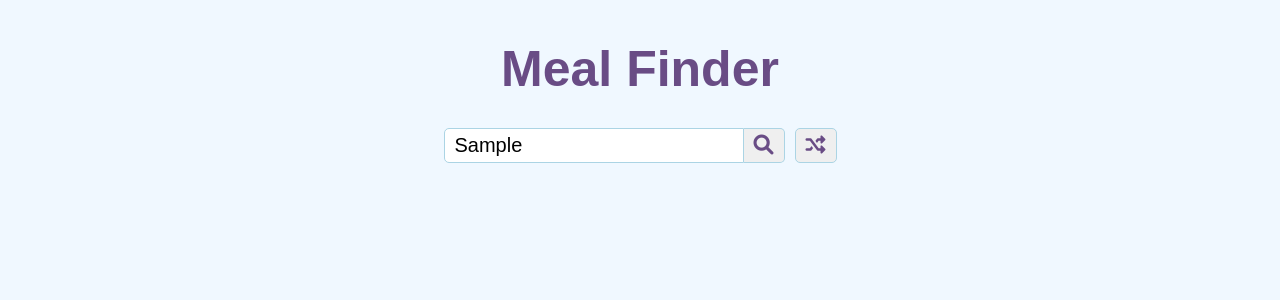
Repository: AbrorjonKuchkarov/search-meal
Page: index.html
These files come from the project's save history. The page is drawn as it stood at one moment and after the next save; the edit follows.
The browser window is 1280 px wide. The pictures show the whole page.
Empty fields were first filled with sample values (such as "Sample", 5 or name@example.com).
After loading, the first visible `#submit` was submitted once.
The page's requests for data from a server got no answer.

Above is the page before, as saved 2022-02-25 14:52:01.

### index.html
<!DOCTYPE html>
<html lang="en">
<head>
   <meta charset="UTF-8">
   <meta http-equiv="X-UA-Compatible" content="IE=edge">
   <meta name="viewport" content="width=device-width, initial-scale=1.0">
   <link rel="stylesheet" href="style.css">
   <link rel="stylesheet" href="https://cdnjs.cloudflare.com/ajax/libs/font-awesome/6.0.0/css/all.min.css">
   <title>Meal Finder</title>
</head>
<body>
   <div class="container">
      <h1>Meal Finder</h1>
      <div class="flex">
         <form id="submit" class="flex" >
            <input type="text" class="search" placeholder="Search for meals or keywords">
            <button id="searchBtn" type="submit" >
               <i class="fas fa-search"></i>
            </button>
         </form>
         <button class="randomBtn" id="random">
            <i class="fas fa-random"></i>
         </button>
      </div>

      <div id="result-handling"></div>
      <div id="meals" class="meals"></div>
      <div id="single-meal"></div>
   </div>


<script src="app.js"></script>
</body>
</html>

### style.css
*{
   box-sizing: border-box;
   margin: 0;
}

body{
   font-family: Arial, Helvetica, sans-serif;
   background-color: aliceblue;
   padding: 10px;
   color: rgb(105, 76, 133);
}

.container{
   margin: auto;
   max-width: 800px;
   display: flex;
   flex-direction: column;
   align-items: center;
   justify-content: center;
   text-align: center;
}

.flex{
   display: flex;
}

h1{
   margin: 30px 0 30px 0;
   font-size: 50px;
}

input, button{
   margin: 0;
   border: 1px solid rgb(171, 212, 228);
   border-top-left-radius: 5px;
   border-bottom-left-radius: 5px;
   padding: 5px 10px;
   font-size: 20px;
   outline: none;
}

input[type='text'] {
   width: 300px;
}

#searchBtn {
   border-left: 0;
   border-radius: 0;
   border-top-right-radius: 5px;
   border-bottom-right-radius: 5px;
   cursor: pointer;
   color: rgb(105, 76, 133);

}

.randomBtn {
   margin-left: 10px;
   border-radius: 5px;
   color: rgb(105, 76, 133);
   cursor: pointer;
}

#result-handling{
   margin: 20px 0;
}

.meals{
   display: flex;
   align-items: center;
   flex-direction: column;
   justify-content: space-between;

}

.meals img {
   width: 250px;
   border-radius: 15px;
   margin: 15px 0;
   border-top: 1px solid aliceblue;
   border-left: 1px solid aliceblue;
}

.meals img:hover {
   cursor: pointer;
   border-bottom: 1px solid aliceblue;
   border-right: 1px solid aliceblue;
   box-shadow: 0px 4px 4px -2px  rgba(0, 0, 0, 0.24);
}

.meal-info {
   margin-bottom: 10px;
   font-size: 18px;
   border-bottom: 1px dashed #b1d2e9;
}

### app.js
const input = document.querySelector('.search');
const randomBtn = document.getElementById('random');
const submit = document.getElementById('submit');

const resultHandling = document.getElementById('result-handling');
const meals = document.getElementById('meals');
const singleMeal = document.getElementById('single-meal');

function searchMeal (e){
   e.preventDefault();

   const inputVal = input.value;

   if(inputVal.trim()){
      fetch(`https://www.themealdb.com/api/json/v1/1/search.php?s=${inputVal}`).then(res => res.json()).then(data => {
         console.log(data);
         resultHandling.innerHTML = `<h2>Search Results for '${inputVal}'...</h2>`

         if(data.meals === null){
            resultHandling.innerHTML = `<h3>There is no such item for '${inputVal}', Please search another meal</h3>`
         }else{
            meals.innerHTML = data.meals.map(meal => `
               <div class='meals'>
                  <img src='${meal.strMealThumb}' alt='${meal.strMeal}' />
                  <div class='meal-info' data-mealID='${meal.idMeal}'>
                     <h3>${meal.strMeal}</h3>
                   </div>
               </div>
            `).join('')
         }
      })
   }
}

submit.addEventListener('submit', searchMeal)

After the next save:
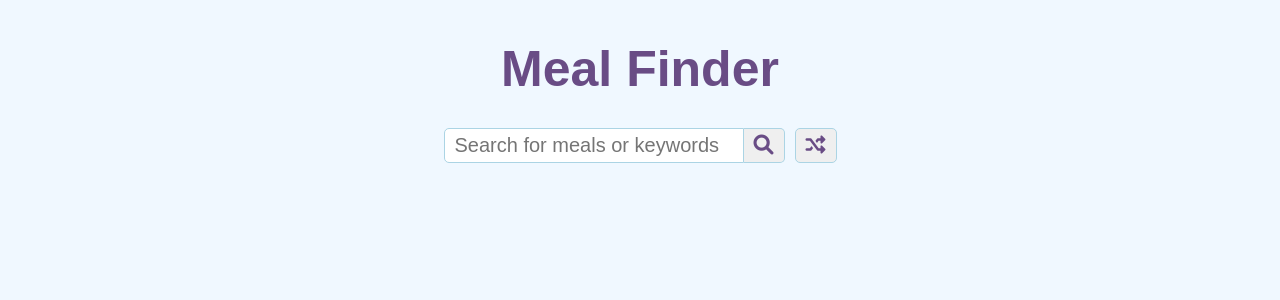
Saved 3 min 34 s later.
--- a/app.js
+++ b/app.js
@@ -29,6 +29,9 @@ function searchMeal (e){
             `).join('')
          }
       })
+      input.value = '';
+   }else{
+      alert('Please enter a search term...')
    }
 }
 
